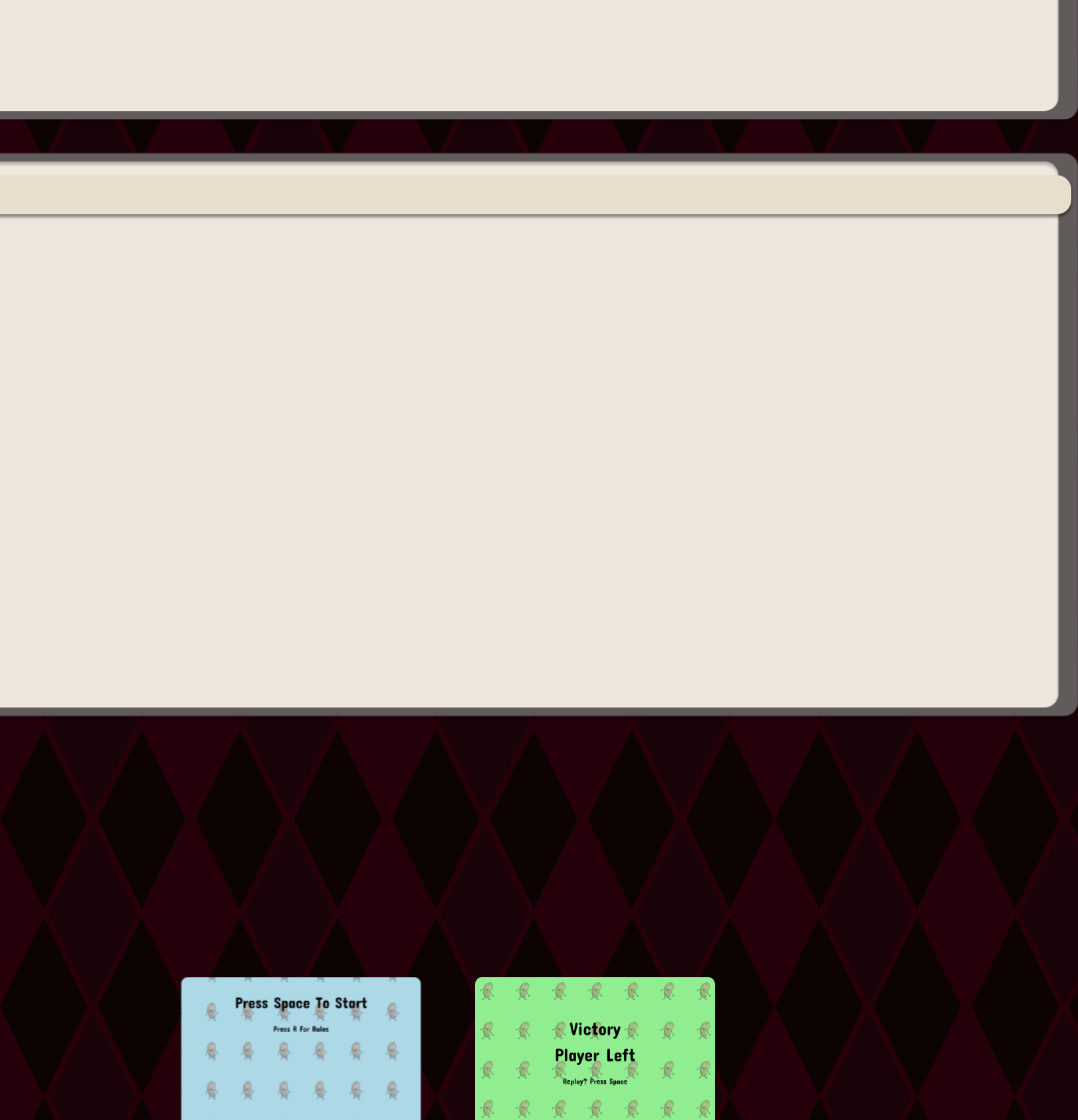
Repository: EMP-ChristinaC/Portfolio
Page: projects/potato-shuffle/potato.html
The author's editor kept a copy of each file at every save. The page is drawn from the files as they stood at one save, then again after the next save.
The browser window is 1280 px wide. The page is 1540 px wide, so the pictures cover 1540 px, including what lies to the right of the window. The pictures show the part of the page from y = 1629 to 3229 px (the page is 6251 px tall), at 70% of full size.
Some web fonts or font styles are not loaded; a fallback is used.

Above is the page before, as saved 2024-12-08 19:49:44.

### projects/potato-shuffle/potato.html
<!DOCTYPE html>
<html lang="en">

<head>
    <meta charset="UTF-8">
    <meta name="viewport" content="width=device-width, initial-scale=1.0">
    <title>CC- Project Potato Shuffle</title>
    <!--- ////////////////// OUTSIDE STYLES //////////////////-->


    <!--- ///////////////// GOOGLE FONTS  ////////////////////-->
    <link rel="preconnect" href="https://fonts.googleapis.com">
    <link rel="preconnect" href="https://fonts.gstatic.com" crossorigin>
    <link
        href="https://fonts.googleapis.com/css2?family=Overlock:ital,wght@0,400;0,700;0,900;1,400;1,700;1,900&family=Vast+Shadow&display=swap"
        rel="stylesheet">

    <!--- /////////////// MY STYLES ////////////////-->

    <link rel="stylesheet" href="potato.css">
    <link rel="stylesheet" href="../../nav.css">
    <link rel="stylesheet" href="media-style-phone-potato.css">
    <link rel="stylesheet" href="../../media-style-two.css">
    <link rel="stylesheet" href="media-style-mac-potato.css">

    <!--- //////////////// FAVICON LINKS ///////////////////-->
    <link rel="shortcut icon" href="../../image/logo.png" type="image/x-icon">
    <link rel="icon" href="../../image/logo.png" type="image/x-icon">

</head>

<body class="home-potato">

    <!--- /////////////////////// NAVIGATION /////////////////////-->
    <header class="navigation">
        <img class="nav-background" src="../../image/nav-background.png"
            alt="A decor for the nav, it holds a logo with diamond patterns in the background.">


        <a href="../../index.html " class="nav-home">Stage</a>
        <a href="../../about-page/about.html" class="nav-about">Director</a>
        <a href="../../contact-page/contact.html" class="nav-contact">Contact</a>
        <a href="../../main-project-page/projects.html" class="nav-projects current">Projects</a>
    </header>


    <!--- /////////////////////// ARROW BUTTON /////////////////////-->
    <a href="../../projects/sniffle/sniffle.html"><img src="../../image/left-arrow.png" class="side-button-left" alt="A."></a>


    <a href="../../projects/smash-n-dash/smash.html"><img src="../../image/right-arrow.png" class="side-button-right" alt="A."></a>



    <!--- /////////////////////// BOX OUTLINE ///////////////////////-->
    <div class="box-outline-outside-potato-overview">
        <div class="box-outline-inside-potato-overview"></div>

        <!-- <div class="dia-left-potato">
            <img src="../../image/Dia-bottom-left.png"
                alt="A diamond pattern decor that is placed onto the bottom left of the box outline">
        </div>

        <div class="dia-right-potato">
            <img src="../../image/Dia-top-right.png"
                alt="A diamond pattern decor that is placed onto the bottom left of the box outline">
        </div> -->


    <div class="box-outline-paragraph-potato">
        <div class="details-potato">
            <h2>About:</h2>
            <p>
                A digital coding game inspired by Hot Potato and WarioWare. It takes elements from both games and with
                the help of Makey-Makey, it creates a fun interactive game.
                <!-- <br><br>
                Here are some images of the game. -->
            </p>
        </div>
    </div>


    <div class="box-outline-type-potato">
        <div class="type-potato">
            <p> Project Type:
                <br>
                Interactive Game
                <br><br>
                Date:
                <br>
                December 2023
                <br><br>
                Link:
                <br>
                <a href="https://emp-christinac.github.io/Potato-Shuffle/index.html">Github</a>
                <br><br>
                Role:
                <br>
                Lead Coder
            </p>
        </div>

<!-- <div class="type-two">
    <p>
        Link:
        <br>
        <a href="https://emp-christinac.github.io/Potato-Shuffle/index.html">Github</a>
        <br><br>
        Role:
        <br>
        Lead Coder
    </p>
</div> -->


        <!-- <div class="type-potato-phone">
            <p> Project Type:
                <br>
                Digital Game
                <br><br>
                Date:
                <br>
                December 2023
            </p>
        </div> -->

        <!-- <div class="type-potato-phone-two">
            <p>
                Link:
                <br>
                <a href="https://empxnifl.github.io/Potato-Shuffle/index.html">Github</a>
                <br><br>
                Role:
                <br>
                Lead Coder
            </p>
        </div> -->
    </div>

    <div class="box-outline-credit">
        <div class="credit">
            <p>Credit to:
                <br>
                Roman Lopez [Lead Designer]
                <br>
                Dominic Perron [Lead Interaction]
            </p>
        </div>

        <div class="mc-overview">
            <img src="../../image/Main-Screen.png" alt="A overview of the project Potato Shuffle.">
        </div>

    </div>




    <div class="box-outline-heading-potato">
        <div class="potato-title">
            <h1>Potato Shuffle</h1>
        </div>
    </div>
</div>
    <!--- ////////////////////////-->
    <div class="box-outline-outside-potato-play">
        <div class="box-outline-inside-potato-play"></div>

        <div>
            <div class="play">
                <p>
                </p>
            </div>

    </div>


    <!--- ////////////////////////-->

    <div class="box-outline-outside-potato-progress">
        <div class="box-outline-inside-potato-progress"></div>

        <!-- <div class="dia-left-two-potato">
            <img src="../../image/Dia-bottom-left.png"
                alt="A diamond pattern decor that is placed onto the bottom left of the box outline">
        </div>

        <div class="dia-right-two-potato">
            <img src="../../image/Dia-top-right.png"
                alt="A diamond pattern decor that is placed onto the bottom left of the box outline">
        </div> -->

        <div class="box-outline-heading-two-potato">
            <div class="heading-two">
                <h1>Menu Design</h1>
            </div>
        </div>
        <div class="box-outline-heading-three-potato">
            <div class="heading-three">
                <h1>Sprites</h1>
            </div>
        </div>

        <div class="potato-menu-one">
            <img src="../../image/Home.png" alt="The home screen of the project.">
        </div>


        <div class="potato-menu-two">
            <img src="../../image/Victory.png" alt="The victory screen of the project.">
        </div>

        <!--- ////////////////////////-->

        <div class="potato-sprites">
            <img src="../../image/potato_sway.gif" alt="A potato gif that shows the potato swaying left and right.">
        </div>


        <div class="potato-sprites-two">
            <img src="../../image/Fail.gif" alt="A explosion gif that says boom.">
        </div>

        <div class="potato-sprites-three">
            <img src="../../image/potato_flip.gif" alt="A potato gif that shows the potato fliping.">
        </div>



    </div>


    <!--- ////////////////////////-->

    <div class="box-outline-outside-potato">
        <div class="box-outline-inside-potato"></div>
        <!-- <div class="dia-left-three-potato">
            <img src="../../image/Dia-bottom-left.png"
                alt="A diamond pattern decor that is placed onto the bottom left of the box outline">
        </div>

        <div class="dia-right-three-potato">
            <img src="../../image/Dia-top-right.png"
                alt="A diamond pattern decor that is placed onto the bottom left of the box outline">
        </div> -->


        <div class="box-outline-heading-four-potato">
            <div class="heading-four-potato">
                <h1>Mini-Game Design</h1>
            </div>

            <div class="potato-event-one">
                <img src="../../image/Event-1.png" alt="One of five mini-game from the project. It shows a character running.">
            </div>

            <div class="potato-event-two">
                <img src="../../image/Event-2.png"
                    alt="One of five mini-game from the project. It shows a character shooting at a muffen.">
            </div>


            <div class="potato-event-three">
                <img src="../../image/Event-3.png"
                    alt="One of five mini-game from the project. It shows a potato dropping into a basket.">
            </div>

            <div class="potato-event-four">
                <img src="../../image/Event-4.png"
                    alt="One of five mini-game from the project. It shows a character digging up a potato.">
            </div>


            <div class="potato-event-five">
                <img src="../../image/Event-5.png" alt="One of five mini-game from the project. It shows a potato being peeled.">
            </div>

        </div>

    </div>

    <!--- ////////////////////////-->

    <div class="box-outline-outside-foot">
        <div class="box-outline-inside-foot"></div>

            <footer class="section">
                <p>© 2024 by Christina Chan. Powered and secured by Github</p>

                <div>
                    <a class="github" href="https://github.com/EMP-ChristinaC"> <img src="../../image/Github-icon.png"
                            alt="Github icon image."></a>

                    <a class="twitter" href="https://x.com/EMP_Nifl"> <img src="../../image/Twitter-Icon.png"
                            alt="Twitter icon image."></a>

                    <a class="discord" href="https://discordapp.com/users/456539039286165514"> <img src="../../image/discord-icon.webp"
                            alt="Discord icon image."></a>

                    <a class="linkedin" href="https://www.linkedin.com/in/christina-chan-290a29323/"> <img src="../../image/Linkedin-icon.webp"
                            alt="Linkedin icon image."></a>
                </div>

            </footer>
    </div>
    <!--- /////////////////////// DECOR  ///////////////////////-->


    <!-- <div class="left-curtain">
        <img src="../../image/curtains-left.png" alt="A curtain decor that is placed on the left side of the website.">
    </div>

    <div class="right-curtain">
        <img src="../../image/curtain-right.png" alt="A curtain decor that is placed on the right side of the website.">
    </div> -->

    <!--- /////////////////////// TEXT ///////////////////////-->


    <!--- /////////////////////// IMAGES ///////////////////////-->


    <!--- ////////////////////////-->




    <!--- ////////////////////////-->



</body>

</html>

### projects/potato-shuffle/potato.css

/*///////////////////////////////// Box Outline ////////////////////////////*/
.box-outline-outside-potato-overview,
.box-outline-outside-potato-progress,
.box-outline-outside-potato-play {
    width: 1800px;
    height: 804px;
    background: rgba(98, 91, 92);
    box-shadow: 0px 4px 4px rgba(0, 0, 0, 0.25);
    border-radius: 20px;
}

.box-outline-outside-potato-overview {
    position: absolute;
    top: 50%;
    left: 50%;
    transform: translate(-50%, -27%);
}

.box-outline-outside-potato-play {
    position: absolute;
    top: 50%;
    left: 50%;
    transform: translate(-50%, 79%);
}

.box-outline-outside-potato-progress {
    position: absolute;
    top: 50%;
    left: 50%;
    transform: translate(-50%, 56%);
}

/*//////////////////////////////////*/


.box-outline-outside-potato {
    width: 1800px;
    height: 990px;
    background: rgba(98, 91, 92);
    box-shadow: 0px 4px 4px rgba(0, 0, 0, 0.25);
    border-radius: 20px;
}

.box-outline-outside-potato {
    position: absolute;
    top: 50%;
    left: 50%;
    transform: translate(-50%, 2340px);
}



/*//////////////////////////////////////////////////////////////////////////////*/

.box-outline-inside-potato-overview,
.box-outline-inside-potato-progress,
.box-outline-inside-potato-play {
    width: 1745px;
    height: 780px;
    background: #EDE7DD;
    box-shadow: 0px 4px 4px rgba(0, 0, 0, 0.25) inset;
    border-radius: 20px;
}

.box-outline-inside-potato-play {
    position: absolute;
    top: 1.5%;
    left: 1.5%;
}

.box-outline-inside-potato-overview {
    position: absolute;
    top: 1.5%;
    left: 1.5%;
    /* transform: translate(-50%, -26.3%); */
}


.box-outline-inside-potato-progress {
    position: absolute;
    top: 1.5%;
    left: 1.5%;
    /* transform: translate(-50%, 84%); */
}


.box-outline-inside-potato {
    width: 1745px;
    height: 960px;
    background: #EDE7DD;
    box-shadow: 0px 4px 4px rgba(0, 0, 0, 0.25) inset;
    border-radius: 20px;
}

.box-outline-inside-potato {
    position: absolute;
    top: 1.5%;
    left: 1.5%;
    /* transform: translate(-50%, 1506px); */
}



/*///////////////////////////HEADING BOX////////////////////////////*/



.box-outline-heading-potato {
    width: 1700px;
    height: 20px;
    background: #E7DECD;
    box-shadow: 0px 4px 4px rgba(0, 0, 0, 0.25);
    border-radius: 20px;
    z-index: 1;
}

.box-outline-heading-potato {
    position: absolute;
    top: 28%;
    left: 50%;
    transform: translate(-50%, -920%);
}



.box-outline-heading-two-potato,
.box-outline-heading-three-potato,
.box-outline-heading-four-potato {
    height: 55px;
    background: #E7DECD;
    box-shadow: 0px 4px 4px rgba(0, 0, 0, 0.25);
    border-radius: 20px;
    z-index: 1;
    position: absolute;
    top: 4%;
    left: 5%;
    width: 1700px;
}

.box-outline-heading-two-potato {
    /* transform: translate(-50%, 1270%); */

}

.box-outline-heading-three-potato {
    /* transform: translate(-50%, 1900%); */

}

.box-outline-heading-four-potato {
    /* transform: translate(-50%, 2800%); */

}

.box-outline-heading-five-potato {
    /* transform: translate(-50%, 3450%); */

}

/*/////////////////////////////////////*/

.box-outline-paragraph-potato,
.box-outline-type-potato,
.box-outline-credit {
    /* background: #E7DECD;
    box-shadow: 0px 4px 4px rgba(0, 0, 0, 0.25);
    border-radius: 20px; */
    position: absolute;
    top: 50%;
    left: 30%;
}


.box-outline-paragraph-potato {
    width: 375px;
    height: 330px;
    transform: translate(-116%, -10%);
    z-index: 1;
}


.box-outline-type-potato {
    width: 375px;
    height: 200px;
    transform: translate(-116%, 90%);
    z-index: 1;
}

.box-outline-credit {
    width: 375px;
    height: 60px;
    transform: translate(-30%, 350%);
    z-index: 1;
}



/*/////////////////////////////////////*/

.box-outline-outside-foot {
    width: 100%;
    height: 200px;
    background: rgba(98, 91, 92);
    box-shadow: 0px 4px 4px rgba(0, 0, 0, 0.25);
    border-radius: 20px 20px 0 0;
    position: absolute;
    top: 50%;
    left: 50%;
    transform: translate(-50%, 1690%);
}

/*/////////////////////////////////////*/

.box-outline-inside-foot {
    width: 99%;
    height: 185px;
    position: absolute;
    background: #EDE7DD;
    box-shadow: 0px 4px 4px rgba(0, 0, 0, 0.25) inset;
    border-radius: 20px 20px 0 0;
    position: absolute;
    /* transform: translate(-50%, 1359%); */
    top: 8%;
    left: 0.5%;
}



/*///////////////////////////////// Decor ////////////////////////////*/

.dia-left-potato img {
    position: absolute;
    top: 27%;
    left: 50%;
    transform: translate(-384%, 205%);
}

.dia-right-potato img {
    position: absolute;
    top: 27%;
    right: 50%;
    transform: translate(385%, -107%);
}

/*//////////////////////////////////////////////////////////////////////*/

.dia-left-two-potato img {
    position: absolute;
    top: -80%;
    left: 50%;
    transform: translate(-384%, 656%);
}

.dia-right-two-potato img {
    position: absolute;
    top: -80%;
    right: 50%;
    transform: translate(385%, 344%);
}

/*/////////////////////////////////////*/

.dia-left-three-potato img {
    position: absolute;
    top: -186%;
    left: 50%;
    transform: translate(-384%, 1378%);
}

.dia-right-three-potato img {
    position: absolute;
    top: -186%;
    right: 50%;
    transform: translate(385%, 972%);
}

/*/////////////////////////////////////*/

.left-curtain {
    position: fixed;
    top: 0%;
    left: 11%;
    transform: translate(-100%);
}

.right-curtain {
    position: fixed;
    top: 0%;
    right: 11%;
    transform: translate(100%);
}

/*///////////////////////////////// Heading Text ////////////////////////////*/

.potato-title {
    width: 827px;
    text-align: center;
    color: #FABA84;
    font-size: 25px;
    font-family: Vast Shadow;
    font-weight: 400;
    -webkit-text-stroke: 0.1px #4C0B13;
    z-index: 1;
}

.potato-title {
    position: absolute;
    top: -20%;
    left: -9%;
    /* transform: translate(-50%, -320%); */
}


.heading-two,
.heading-three,
.heading-four-potato {
    width: 827px;
    text-align: center;
    color: #FABA84;
    font-family: Vast Shadow;
    font-weight: 400;
    -webkit-text-stroke: 0.1px #4C0B13;
    z-index: 1;
    position: absolute;
    top: -20%;
    left: -30%;
    font-size: 15px;
}



/*///////////////////////////////// Paragraph Text ////////////////////////////*/

.details-potato p,
.details-potato h2,
.type-potato p,
.type-two p,
.credit p {
    color: #1E1E1E;
    font-family: Overlock;
    font-weight: 900;

}
.details-potato h2 {
    width: 600px;
    font-size: 35px;
    line-height: 32px;
    letter-spacing: 2px;
    position: absolute;
    top: -70%;
    left: 5%;
    z-index: 1;
}

.details-potato p {
    width: 600px;
    font-size: 25px;
    line-height: 32px;
    letter-spacing: 2px;
    position: absolute;
    top: -55%;
    left: 5%;
    z-index: 1;
    /* transform: translate(-90%, -28%); */

}

.type-potato p {
    width: 440px;
    font-size: 25px;
    line-height: 28px;
    letter-spacing: 2px;
    position: absolute;
    top: -100%;
    left: 5%;
    /* transform: translate(-95%, 105%); */
    z-index: 1;

}

.type-two p {
    width: 440px;
    font-size: 25px;
    line-height: 28px;
    letter-spacing: 2px;
    position: absolute;
    top: 0%;
    left: 64%;
    /* transform: translate(-42%, 420%); */
    z-index: 1;
}

.credit p {
    width: 440px;
    font-size: 25px;
    line-height: 32px;
    letter-spacing: 2px;
    position: absolute;
    top: -385%;
    left: 5%;
    /* transform: translate(-42%, 420%); */
    z-index: 1;
}





/*/////////////////////////////////////*/

footer.section {
    text-align: center;
    color: black;
    font-size: 14px;
    font-family: Overlock;
    font-weight: 400;

    width: 500px;
    position: absolute;
    top: 50%;
    left: 50%;
    transform: translate(-53%, 80%);

}

footer.section p {
    width: 100%;
    height: 100%;
    transform: translate(1%, 35%);
}


/*///////////////////////////////// Images ////////////////////////////*/


.mc-overview {
    width: 775px;
    height: 675px;
    position: absolute;
    top: -750%;
    left: 155%;
    overflow: hidden;
    box-shadow: 0px 4px 4px rgba(0, 0, 0, 0.25);
    border-radius: 30px;
    transform: translate(-8%, -11%);
    }



.mc-overview img {
    width: 100%;
    height: 105%;
    object-fit: cover;
    transform: translate(-0%, 0%);

    transition: all 0.3s ease-in-out;
}


.potato {
    width: 258px;
    height: 547px;
    box-shadow: 0px 4px 4px rgba(0, 0, 0, 0.25);
    border-radius: 20px;
    background-position: center;

    position: absolute;
    top: 50%;
    left: 50%;
    transform: translate(70%, 302%);
}

.potato-projects {
    width: 258px;
    height: 547px;
    box-shadow: 0px 4px 4px rgba(0, 0, 0, 0.25);
    border-radius: 20px;
    background-position: center;

    position: absolute;
    top: 50%;
    left: 50%;
    transform: translate(70%, -5%);
}

.potato-menu-one img {
    width: 350px;
    height: 250px;
    position: absolute;
    top: 50%;
    left: 50%;
    transform: translate(-110%, 310%);
}

.potato-menu-two img {
    width: 350px;
    height: 250px;
    position: absolute;
    top: 50%;
    left: 50%;
    transform: translate(10%, 310%);
}


.potato-sprites img {
    width: 300px;
    height: 300px;
    position: absolute;
    top: 50%;
    left: 50%;
    transform: translate(-150%, 370%);
}

.potato-sprites-two img {
    width: 300px;
    height: 300px;
    position: absolute;
    top: 50%;
    left: 50%;
    transform: translate(-50%, 370%);
}

.potato-sprites-three img {
    width: 300px;
    height: 300px;
    position: absolute;
    top: 50%;
    left: 50%;
    transform: translate(50%, 370%);
}

.potato-event-one img {
    width: 409px;
    height: 266px;
    position: absolute;
    top: 50%;
    left: 50%;
    transform: translate(-105%, 610%);
}

.potato-event-two img {
    width: 409px;
    height: 266px;
    position: absolute;
    top: 50%;
    left: 50%;
    transform: translate(4%, 610%);
}

.potato-event-three img {
    width: 409px;
    height: 266px;
    position: absolute;
    top: 50%;
    left: 50%;
    transform: translate(-105%, 715%);
}

.potato-event-four img {
    width: 409px;
    height: 266px;
    position: absolute;
    top: 50%;
    left: 50%;
    transform: translate(4%, 715%);
}

.potato-event-five img {
    width: 409px;
    height: 266px;
    position: absolute;
    top: 50%;
    left: 50%;
    transform: translate(-105%, 820%);
}

/*/////////////////////////////////////*/
.github {
    width: 45px;
    height: 45px;
    position: absolute;
    top: 50%;
    left: 50%;
    overflow: hidden;
    box-shadow: 0px 4px 4px rgba(0, 0, 0, 0.25);
    border-radius: 30px;
    transform: translate(-250%, -180%);
}

.github img {
    width: 100%;
    height: 100%;
    object-fit: cover;
    transition: all 0.3s ease-in-out;
    transform: translate(0%, 0%);
}

.twitter {
    width: 45px;
    height: 45px;
    position: absolute;
    top: 50%;
    left: 50%;
    overflow: hidden;
    box-shadow: 0px 4px 4px rgba(0, 0, 0, 0.25);
    border-radius: 30px;
    transform: translate(-100%, -180%);
}

.twitter img {
    width: 100%;
    height: 100%;
    object-fit: cover;
    transition: all 0.3s ease-in-out;
    transform: translate(-0%, -0%);
}


.discord {
    width: 45px;
    height: 45px;
    position: absolute;
    top: 50%;
    left: 50%;
    overflow: hidden;
    box-shadow: 0px 4px 4px rgba(0, 0, 0, 0.25);
    border-radius: 30px;
    transform: translate(50%, -180%);
}

.discord img {
    width: 100%;
    height: 100%;
    object-fit: cover;
    transition: all 0.3s ease-in-out;
    transform: translate(-0%, -0%);
}


.linkedin {
    width: 45px;
    height: 45px;
    position: absolute;
    top: 50%;
    left: 50%;
    overflow: hidden;
    box-shadow: 0px 4px 4px rgba(0, 0, 0, 0.25);
    border-radius: 30px;
    transform: translate(200%, -180%);
}

.linkedin img {
    width: 100%;
    height: 100%;
    object-fit: cover;
    transition: all 0.3s ease-in-out;
    transform: translate(-0%, -0%);
}

### media-style-two.css
@media screen and (max-width: 1660px) {

    .left-curtain {
        display: none;
    }

    .right-curtain {
        display: none;
    }

}

Loaded but not shown: projects/potato-shuffle/media-style-phone-potato.css (424 lines, source omitted); nav.css (208 lines, source omitted); projects/potato-shuffle/media-style-mac-potato.css (93 lines, source omitted)

After the next save:
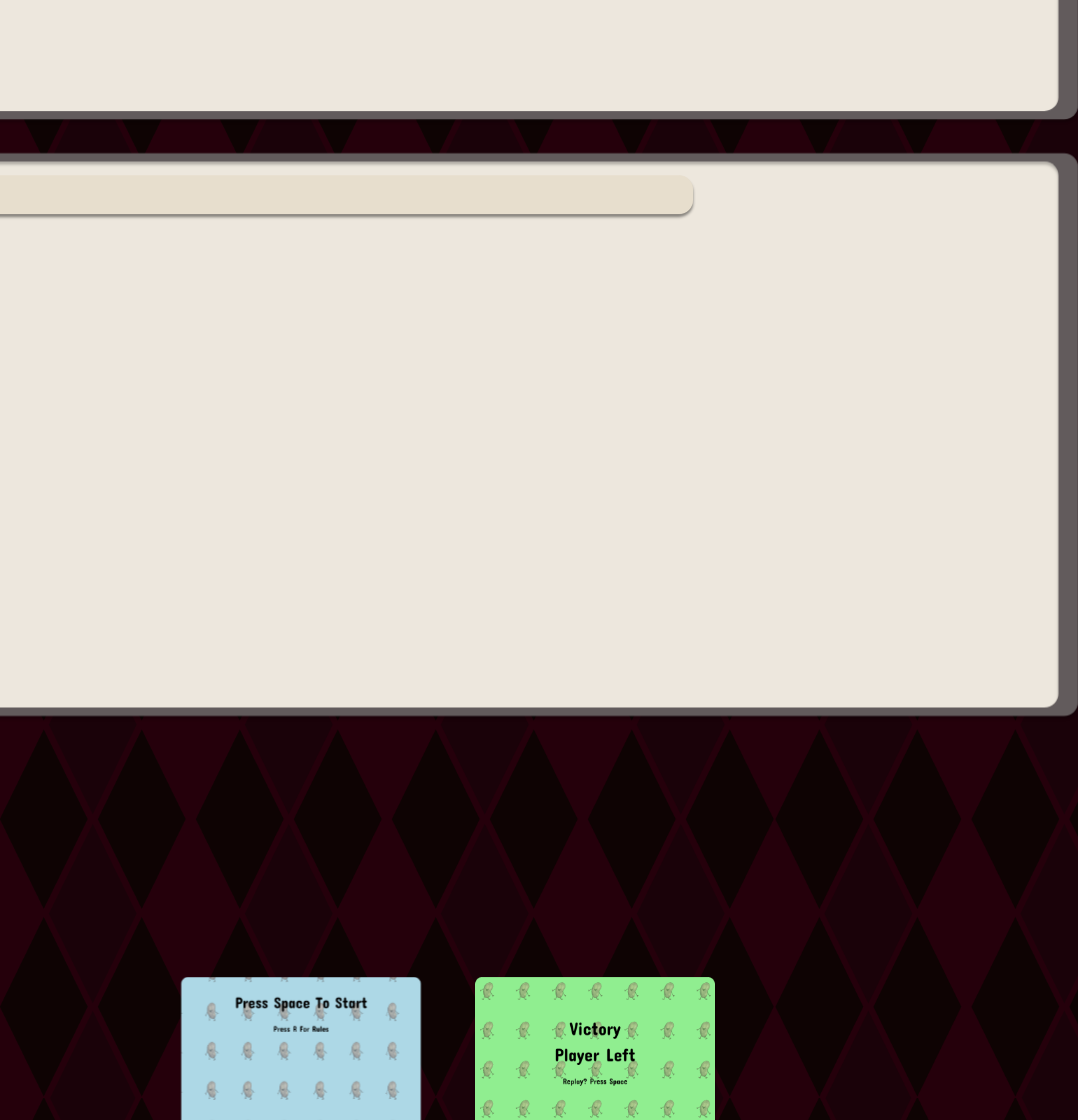
Saved 6 s later.
--- a/projects/potato-shuffle/potato.css
+++ b/projects/potato-shuffle/potato.css
@@ -135,7 +135,7 @@
     position: absolute;
     top: 4%;
     left: 5%;
-    width: 1700px;
+    width: 1160px;
 }
 
 .box-outline-heading-two-potato {
